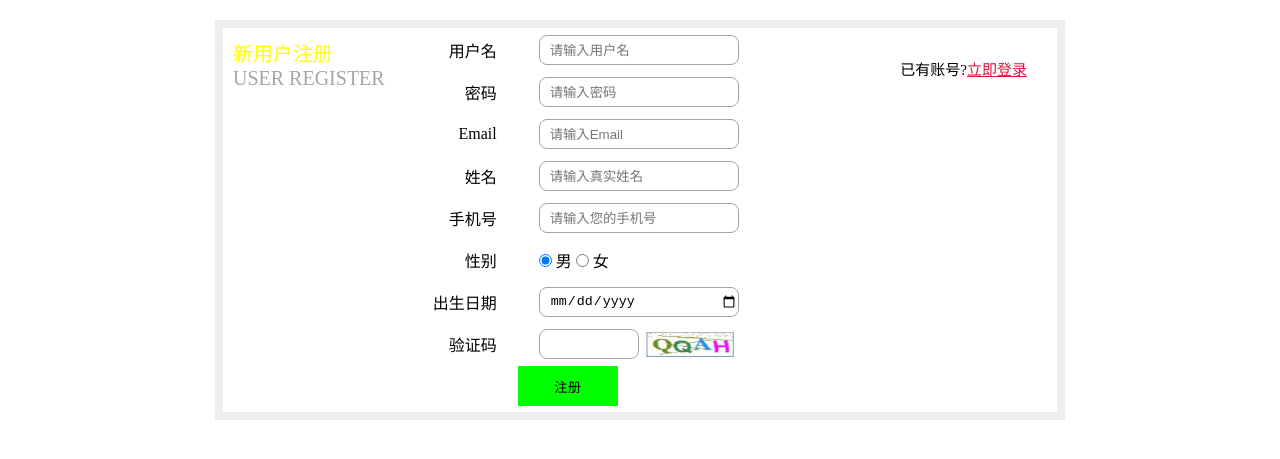
Repository: eheihaha2/whoisthespy-
Page: webDemo/WebContent/register.html
These files come from the project's save history. The page is drawn as it stood at one moment and after the next save; the edit follows.
The browser window is 1280 px wide. The pictures show the whole page.

Above is the page before, as saved 2020-02-25 07:26:58.

After the next save:
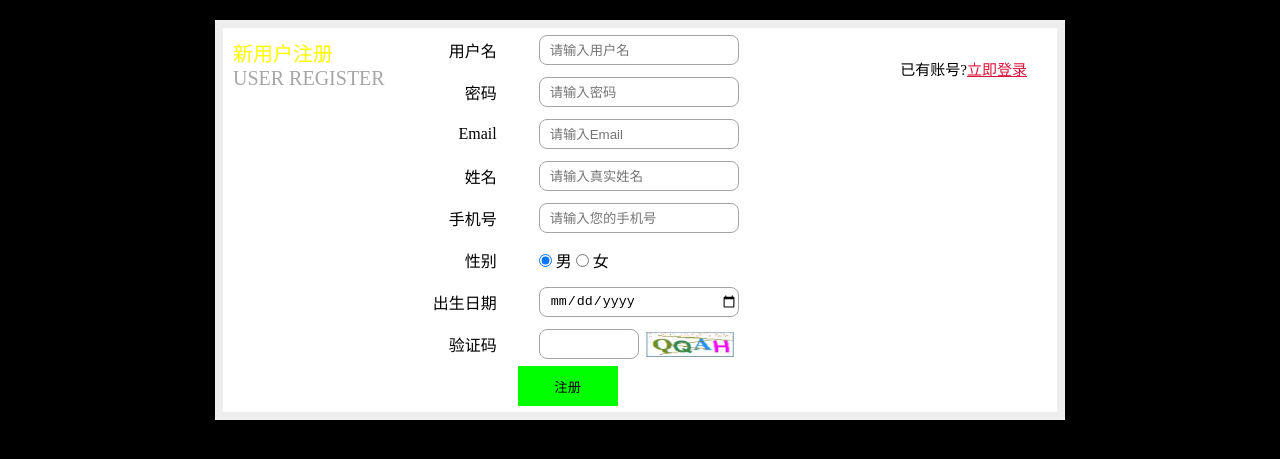
Saved 50 s later.
--- a/webDemo/WebContent/css/register.css
+++ b/webDemo/WebContent/css/register.css
@@ -5,7 +5,7 @@
 }
 
 body {
-    background-img: url(""imag/9.jpg);
+    background:black;
     /*设置图片适应整个页面*/
     background-size: 100% 100%;
     background-attachment:fixed;

After the save that followed:
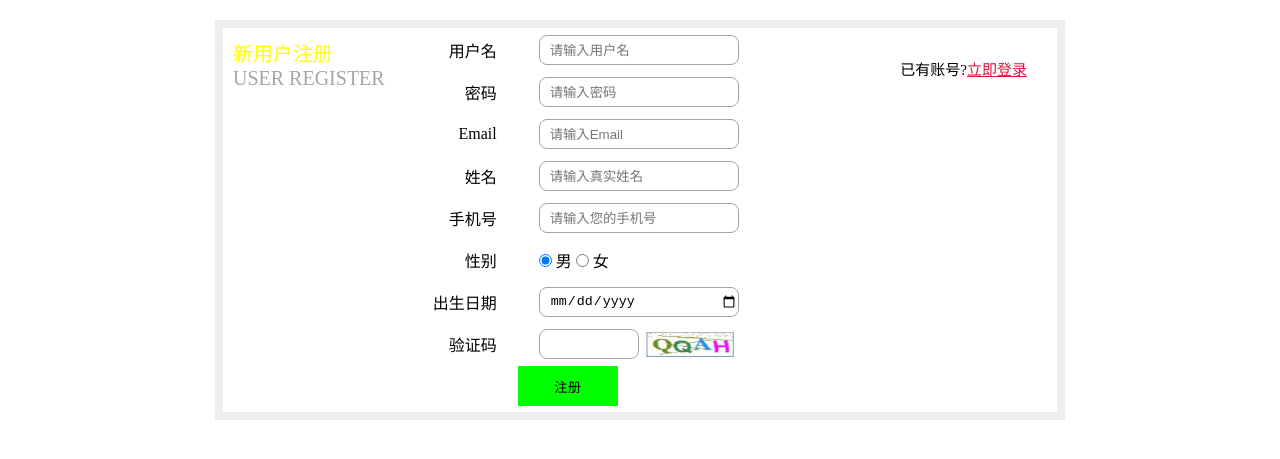
Not found: webDemo/WebContent/css/imag/9.jpg
Saved 48 s later.
--- a/webDemo/WebContent/css/register.css
+++ b/webDemo/WebContent/css/register.css
@@ -5,7 +5,7 @@
 }
 
 body {
-    background:black;
+     background: url("imag/9.jpg") no-repeat center;
     /*设置图片适应整个页面*/
     background-size: 100% 100%;
     background-attachment:fixed;
